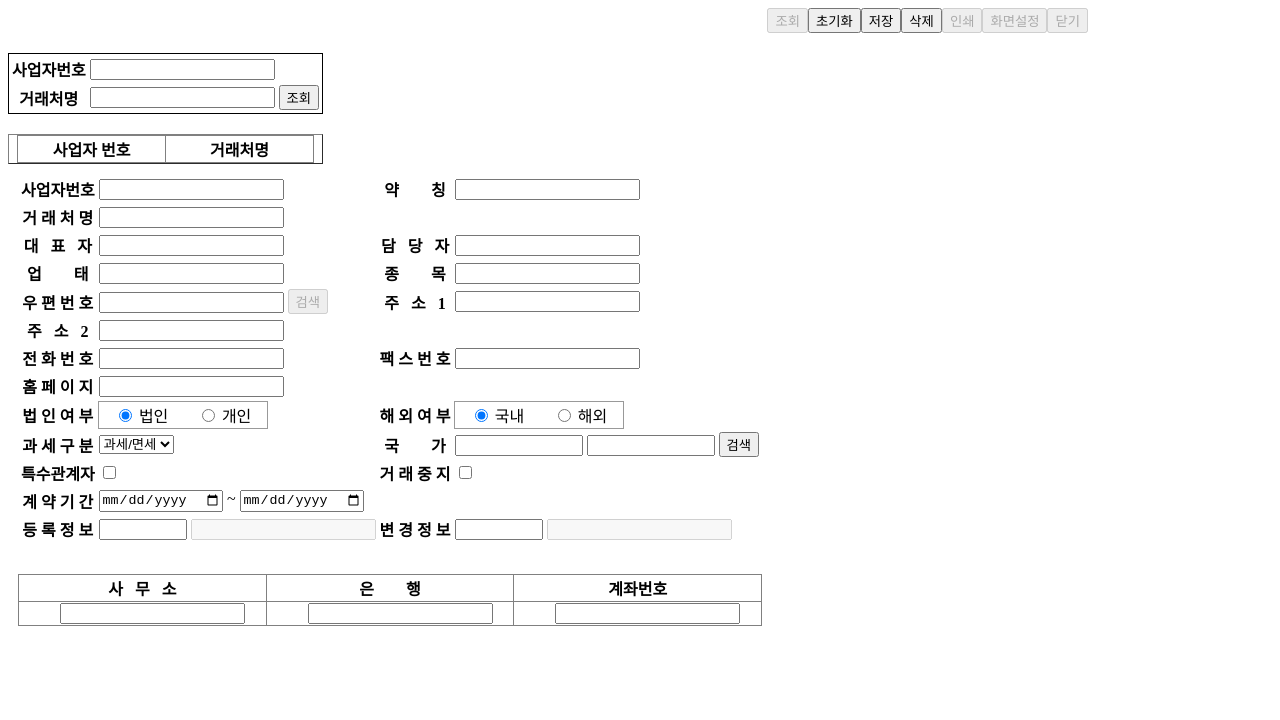
Repository: Chocobe/-practice-FrontSide-Tip
Page: http://localhost/wishTestProject/views/accountManager/accountManagerView.jsp
An editor plug-in stored every save of this project. The page is shown before and after the next save, followed by the edit.
The browser window is 1280 px wide. The pictures show the whole page.
The page is served by Tomcat 9. Nobody is signed in. The application's start-up code is not run.

Above is the page before, as saved 2020-02-27 07:29:55.

After the next save:
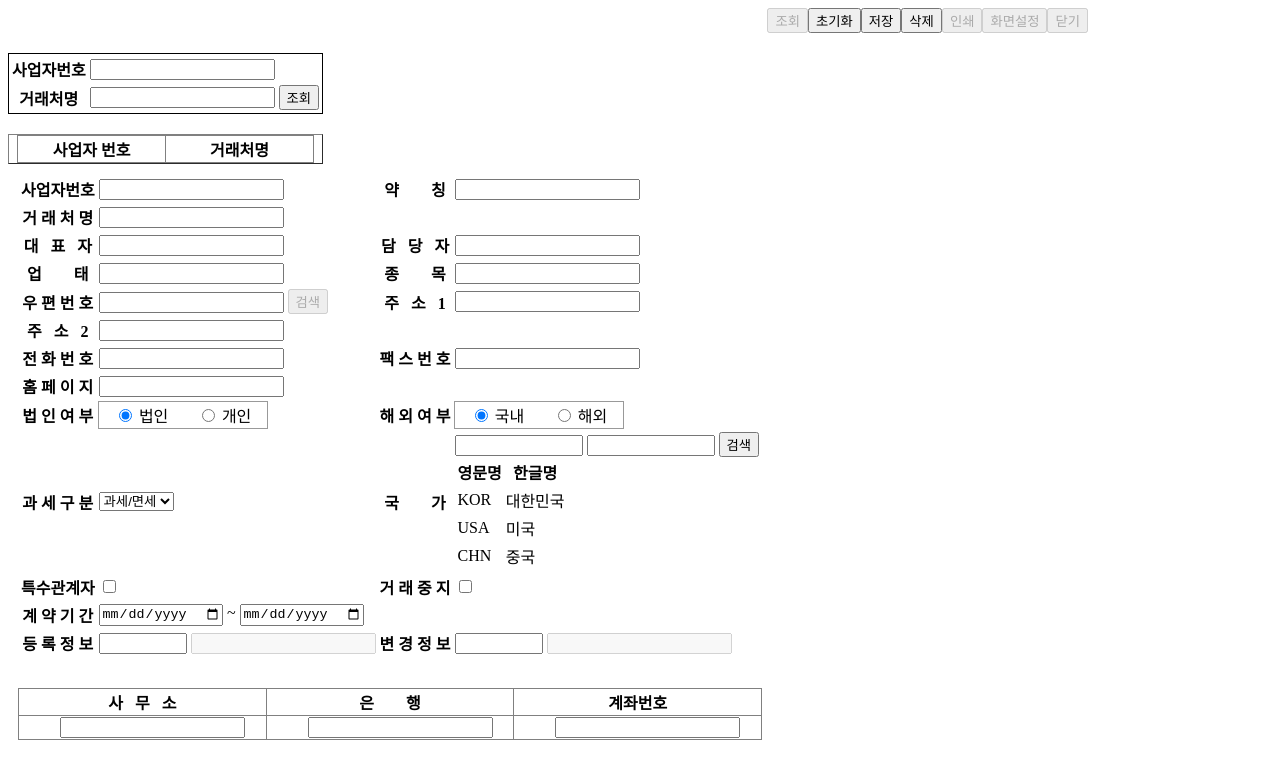
Saved 24 min 35 s later.
--- a/wishTest/wishTestProject/WebContent/views/accountManager/accountManagerView.jsp
+++ b/wishTest/wishTestProject/WebContent/views/accountManager/accountManagerView.jsp
@@ -245,6 +245,30 @@
 
                                 <!-- js로 국가 목록 출력 & 위의 입력값에 대입 -->
                                 <input type="button" value="검색" onclick="">
+
+                                <div class="countryPop">
+                                    <table>
+                                        <tr>
+                                            <th>영문명</th>
+                                            <th>한글명</th>
+                                        </tr>
+
+                                        <tr>
+                                            <td>KOR</td>
+                                            <td>대한민국</td>
+                                        </tr>
+
+                                        <tr>
+                                            <td>USA</td>
+                                            <td>미국</td>
+                                        </tr>
+
+                                        <tr>
+                                            <td>CHN</td>
+                                            <td>중국</td>
+                                        </tr>
+                                    </table>
+                                </div>
                             </td>
                         </tr>
 
